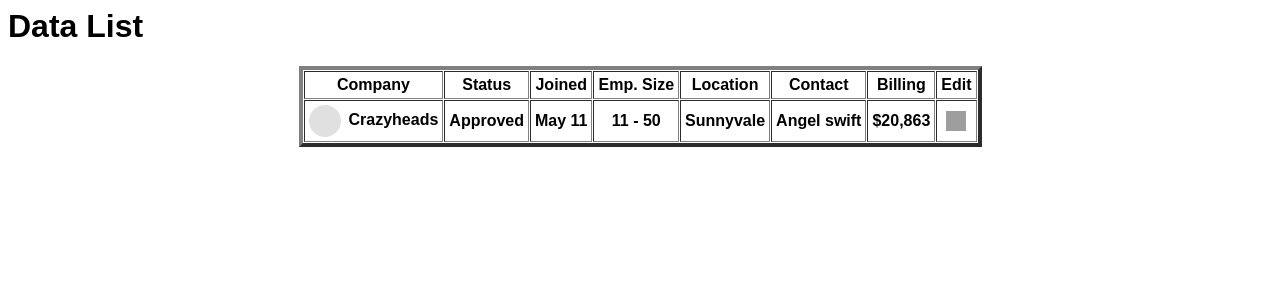
Repository: AdityaTech-Pro/FullStackWithBridgelabz
Page: Assignment2/Data_List/index.html
These files come from the project's save history. The page is drawn as it stood at one moment and after a run of saves; the edit follows.
The browser window is 1280 px wide. The pictures show the whole page.
Pictures or frames that could not be fetched are drawn as grey boxes.

Above is the page before, as saved 2025-10-15 09:40:48.

After the next 3 saves:
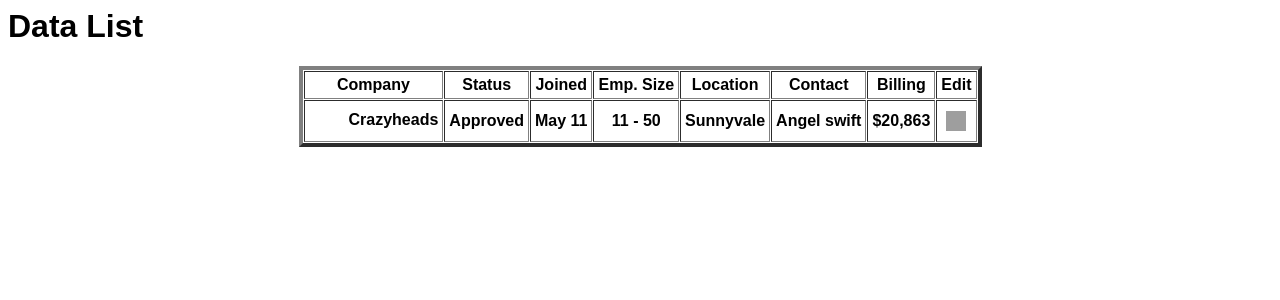
The 3 saves are shown as one change because they came seconds apart.
The last was saved 24 s later.
--- a/Assignment2/Data_List/index.html
+++ b/Assignment2/Data_List/index.html
@@ -24,7 +24,7 @@
             width: 32px;
             height: 32px;
             border-radius: 50%;
-            background: #e0e0e0;
+            background: white;
             margin-right: 8px;
             vertical-align: middle;
             overflow: hidden;
